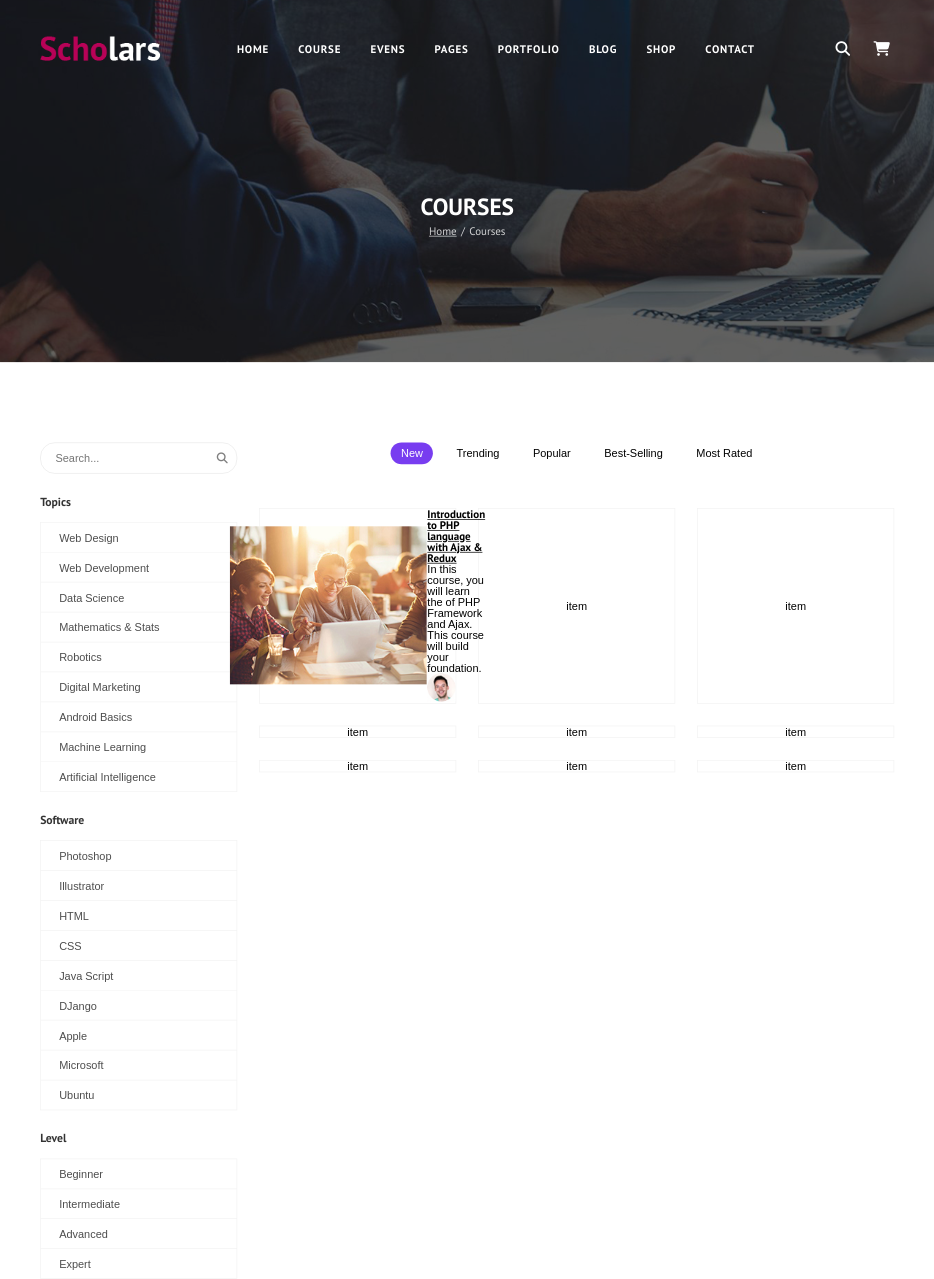
Repository: lannguyen1301/f8-zoom-day-7
Page: index.html
These files come from the project's save history. The page is drawn as it stood at one moment and after the next save; the edit follows.
The browser window is 1280 px wide. The pictures show the whole page, at 73% of full size.
Some web fonts or font styles are not loaded; a fallback is used.

Above is the page before, as saved 2025-04-25 06:19:12.

### index.html
<!DOCTYPE html>
<html lang="en">

<head>
    <meta charset="UTF-8">
    <meta name="viewport" content="width=device-width, initial-scale=1.0">
    <title>Scholars - Education, University & LMS HTML Template</title>

    <!-- Styles -->
    <link rel="stylesheet" href="./assets/css/reset.css">
    <link rel="stylesheet" href="./assets/css/style.css">

    <!-- Icon Font Awesome -->
    <link rel="stylesheet" href="https://cdnjs.cloudflare.com/ajax/libs/font-awesome/6.7.2/css/all.min.css"
        integrity="sha512-Evv84Mr4kqVGRNSgIGL/F/aIDqQb7xQ2vcrdIwxfjThSH8CSR7PBEakCr51Ck+w+/U6swU2Im1vVX0SVk9ABhg=="
        crossorigin="anonymous" referrerpolicy="no-referrer" />

    <!-- Font -->
    <link rel="preconnect" href="https://fonts.googleapis.com">
    <link rel="preconnect" href="https://fonts.gstatic.com" crossorigin>

    <link
        href="https://fonts.googleapis.com/css2?family=PT+Sans:ital,wght@0,400;0,700;1,400;1,700&family=Source+Sans+3:ital,wght@0,200..900;1,200..900&display=swap"
        rel="stylesheet">
</head>

<body>
    <div class="wrapper">
        <!-- Start header wrapper -->
        <div class="header-wrapper">
            <div class="inner">
                <div class="container header-container">
                    <!-- Start Header -->
                    <div class="header">
                        <!-- logo -->
                        <a href="./">
                            <img src="./assets/img/logo/logo.png" alt="Scholars Logo" class="header-logo">
                        </a>

                        <!-- Start Navigation -->
                        <ul class="nav">
                            <li class="item">
                                <a href="#!" class="link">Home</a>
                            </li>
                            <li class="item">
                                <a href="#!" class="link">Course</a>
                            </li>
                            <li class="item">
                                <a href="#!" class="link">Evens</a>
                            </li>
                            <li class="item">
                                <a href="#!" class="link">pages</a>
                            </li>
                            <li class="item">
                                <a href="#!" class="link">Portfolio</a>
                            </li>
                            <li class="item">
                                <a href="#!" class="link">Blog</a>
                            </li>
                            <li class="item">
                                <a href="#!" class="link">Shop</a>
                            </li>
                            <li class="item">
                                <a href="#!" class="link">Contact</a>
                            </li>
                        </ul>
                        <!-- End Navigation -->

                        <!-- User action -->
                        <div class="action-wrapper">
                            <button class="action-btn">
                                <i class="fa-solid fa-magnifying-glass"></i>
                            </button>
                            <button class="action-btn">
                                <i class="fa-solid fa-cart-shopping"></i>
                            </button>
                        </div>
                    </div>
                    <!-- End Header -->

                    <!-- Start Header Content -->
                    <div class="header-content">
                        <h1 class="heading">COURSES</h1>
                        <ul class="breadcrumb">
                            <li>
                                <a href="#!">Home</a>
                            </li>
                            <li>Courses</li>
                        </ul>
                    </div>
                    <!-- End Header Content -->
                </div>
            </div>
        </div>
        <!-- End header wrapper -->

        <!-- Start main -->
        <div class="main">
            <div class="container">
                <div class="inner">
                    <!-- Start sidebar -->
                    <div class="sidebar">
                        <!-- Start search form -->
                        <form action="" class="search-form" autocomplete="off">
                            <input type="text" name="" id="" placeholder="Search..." spellcheck="false"
                                class="search-input">
                            <button class="search-btn">
                                <i class="fa-solid fa-magnifying-glass"></i>
                            </button>
                        </form>
                        <!-- End search form -->

                        <!-- Start sidebar menu -->
                        <h2 class="menu-title">
                            Topics
                        </h2>
                        <ul class="menu">
                            <li>
                                <a href="#!">Web Design</a>
                            </li>
                            <li>
                                <a href="#!">Web Development</a>
                            </li>
                            <li>
                                <a href="#!">Data Science</a>
                            </li>
                            <li>
                                <a href="#!">Mathematics & Stats</a>
                            </li>
                            <li>
                                <a href="#!">Robotics</a>
                            </li>
                            <li>
                                <a href="#!">Digital Marketing</a>
                            </li>
                            <li>
                                <a href="#!">Android Basics</a>
                            </li>
                            <li>
                                <a href="#!">Machine Learning</a>
                            </li>
                            <li>
                                <a href="#!">Artificial Intelligence</a>
                            </li>
                        </ul>

                        <h2 class="menu-title">
                            Software
                        </h2>
                        <ul class="menu">
                            <li>
                                <a href="#!">Photoshop</a>
                            </li>
                            <li>
                                <a href="#!">Illustrator</a>
                            </li>
                            <li>
                                <a href="#!">HTML</a>
                            </li>
                            <li>
                                <a href="#!">CSS</a>
                            </li>
                            <li>
                                <a href="#!">Java Script</a>
                            </li>
                            <li>
                                <a href="#!">DJango</a>
                            </li>
                            <li>
                                <a href="#!">Apple</a>
                            </li>
                            <li>
                                <a href="#!">Microsoft</a>
                            </li>
                            <li>
                                <a href="#!">Ubuntu</a>
                            </li>
                        </ul>

                        <h2 class="menu-title">
                            Level
                        </h2>
                        <ul class="menu">
                            <li>
                                <a href="#!">Beginner</a>
                            </li>
                            <li>
                                <a href="#!">Intermediate</a>
                            </li>
                            <li>
                                <a href="#!">Advanced</a>
                            </li>
                            <li>
                                <a href="#!">Expert</a>
                            </li>
                        </ul>
                        <!-- End sidebar menu -->
                    </div>
                    <!-- End sidebar -->

                    <!-- Start main content -->
                    <div class="main-content">
                        <!-- Start topics -->
                        <ul class="topics">
                            <li class="active">
                                <a href="#!">New</a>
                            </li>
                            <li>
                                <a href="#!">Trending</a>
                            </li>
                            <li>
                                <a href="#!">Popular</a>
                            </li>
                            <li>
                                <a href="#!">Best-Selling</a>
                            </li>
                            <li>
                                <a href="#!">Most Rated</a>
                            </li>
                        </ul>
                        <!-- End topics -->

                        <!-- Start Courses lisst -->
                        <div class="courses-list">
                            <div class="courses-item">
                                <a href="#!">
                                    <img src="./assets/img/courses-img/course-1.jpg" alt="" class="course-thumb">
                                </a>
                                <div class="course-info">
                                    <h3 class="course-title">
                                        <a href="#!">Introduction to PHP language with Ajax & Redux</a>
                                    </h3>
                                    <p class="course-desc">
                                        In this course, you will learn the of PHP Framework and Ajax. This course will
                                        build your foundation.
                                    </p>
                                    <div class="course-bottom">
                                        <img src="./assets/img/avatar/avatar-author-1.jpg" alt="" class="avatar">
                                    </div>
                                </div>
                            </div>
                            <div class="courses-item">item</div>
                            <div class="courses-item">item</div>
                            <div class="courses-item">item</div>
                            <div class="courses-item">item</div>
                            <div class="courses-item">item</div>
                            <div class="courses-item">item</div>
                            <div class="courses-item">item</div>
                            <div class="courses-item">item</div>
                        </div>
                        <!-- End Courses lisst -->
                    </div>
                    <!-- End main content -->
                </div>
            </div>
        </div>
        <!-- End main -->
    </div>

</body>

</html>

### assets/css/style.css
*,
::before,
::after {
    box-sizing: border-box;
}

:root {
    --heading-font: "PT Sans", sans-serif;
    --black: #000;
    --white: #fff;
    --primary: #b80257;
    --secondary: #783df0;
}

html {
    font-size: 62.5%;
}

body {
    scroll-behavior: smooth;
    font-family: "Source Sans 3", sans-serif;
    font-size: 1.5rem;
}

h1,
h2,
h3,
h4,
h5,
h6 {
    font-family: var(--heading-font);
    font-weight: 700;
}

input,
button {
    border: none;
    outline: none;
    background: transparent;
    cursor: pointer;
}

a,
img,
button,
input,
textarea,
select {
    font-size: inherit;
    font-family: inherit;
    color: inherit;
    -webkit-tap-highlight-color: transparent;
    /**
        Thuộc tính -webkit-tap-highlight-color được sử dụng trong CSS
        để kiểm soát hiệu ứng highlight (màu nhấp nháy) khi người dùng chạm vào
        một phần tử trên các thiết bị di động sử dụng trình duyệt WebKit (Safari, Chrome trên iOS).
    **/
}

.container {
    width: 1170px;
    max-width: 100%;
    margin: 0 auto;
}

/* Start header wrapper */
.header-wrapper {
    display: flex;
    width: 100%;
    min-height: 496px;
    background-image: url(../img/banner/banner-2.jpg);
    background-repeat: no-repeat;
    background-size: cover;
    background-position: center;
}

.header-wrapper .inner {
    display: flex;
    width: 100%;
    background: rgba(0, 0, 0, 0.6);
}

.header-container {
    display: flex;
    flex-direction: column;
}

.header {
    display: flex;
    align-items: center;
    justify-content: space-between;
    padding-top: 40px;
}

.header-content {
    display: flex;
    flex-direction: column;
    align-items: center;
    justify-content: center;
    gap: 10px;
    flex-grow: 1;
    color: var(--white);
}

.header .nav {
    display: flex;
}

.nav a {
    display: inline-block;
    padding: 20px;
    color: var(--white);
    text-transform: uppercase;
    text-decoration: none;
    font-family: var(--heading-font);
    font-weight: 700;
    font-size: 1.5rem;
    letter-spacing: 1.1px;
}

.action-wrapper {
    display: flex;
    align-items: center;
    justify-content: center;
    gap: 20px;
}

.action-btn {
    font-size: 2rem;
    color: var(--white);
}

h1.heading {
    font-size: 3.2rem;
}

.breadcrumb {
    display: flex;
    font-family: var(--heading-font);
    font-size: 1.5rem;
    color: #fffc;
}

.breadcrumb li + li::before {
    content: "/";
    padding: 0 6px;
}

/* Start main */
.main {
    margin-top: 110px;
}

.main .inner {
    display: flex;
    gap: 30px;
}

/* Start sidebar */
.sidebar {
    width: 270px;
}

.search-form {
    display: flex;
    align-items: center;
    height: 43px;
    border: 1px solid #00000017;
    border-radius: 20px;
    overflow: hidden;
}

.search-input {
    flex-grow: 1;
    padding-left: 20px;
}

.search-input:not(:placeholder-shown) + .search-btn {
    color: #333;
}

.search-btn {
    padding: 0 20px;
    /* height: 100%; */
    align-self: stretch;
    color: #00000080;
}

.menu-title {
    margin-top: 30px;
    color: #333;
    font-size: 1.6rem;
}

ul.menu {
    margin-top: 20px;
    border: 1px solid #0000000d;
}

ul.menu li + li {
    border-top: 1px solid #0000000d;
}

.menu a {
    display: flex;
    align-items: center;
    height: 40px;
    padding: 0 25px;
    color: #000000b3;
    text-decoration: none;
}

.menu a:hover {
    color: var(--secondary);
}

.main .main-content {
    flex-grow: 1;
}

/* Topics */
.topics {
    display: flex;
    gap: 18px;
    justify-content: center;
}

.topics a {
    display: inline-block;
    height: 30px;
    padding: 0 14px;
    border-radius: 999px;
    text-decoration: none;
    line-height: 30px;
}

.topics .active a,
.topics a:hover {
    background: var(--secondary);
    /* border-radius: 999px; */
    color: var(--white);
}

/* Courses list */
.courses-list {
    --columns: 3;
    --spacing: 30px;

    display: flex;
    flex-wrap: wrap;
    row-gap: var(--spacing);
    margin-top: 60px;
    margin-left: calc(-1 * var(--spacing));
}

.courses-item {
    display: flex;
    align-items: center;
    justify-content: center;
    width: calc(100% / var(--columns) - var(--spacing));
    margin-left: var(--spacing);
    border: 1px solid #0000000d;
}

Loaded but not shown: assets/css/reset.css (common file)

After the next save:
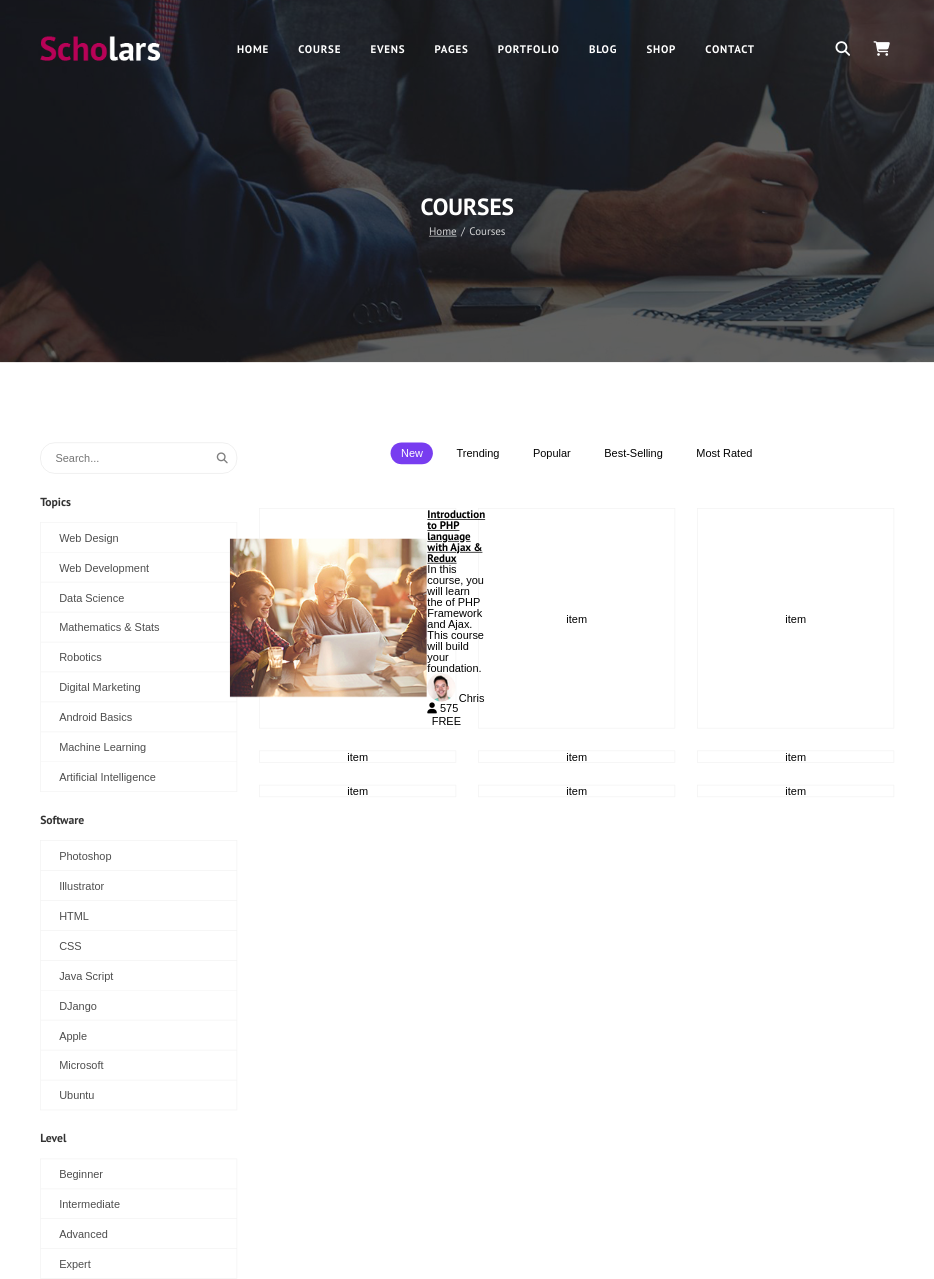
Saved 3 min 16 s later.
--- a/index.html
+++ b/index.html
@@ -235,7 +235,15 @@
                                         build your foundation.
                                     </p>
                                     <div class="course-bottom">
-                                        <img src="./assets/img/avatar/avatar-author-1.jpg" alt="" class="avatar">
+                                        <div>
+                                            <img src="./assets/img/avatar/avatar-author-1.jpg" alt="" class="avatar">
+                                            <span>Chris</span>
+                                        </div>
+                                        <div>
+                                            <i class="fa-solid fa-user"></i>
+                                            <span>575</span>
+                                        </div>
+                                        <button class="course-btn">FREE</button>
                                     </div>
                                 </div>
                             </div>
